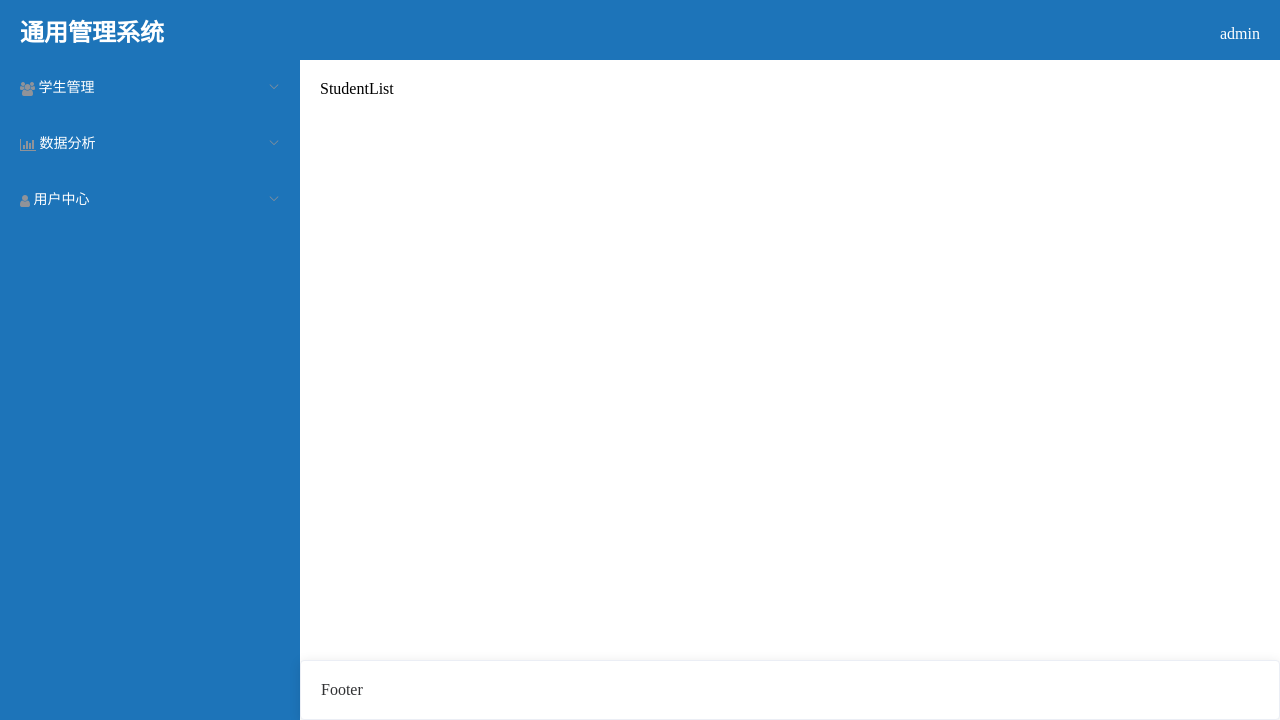
Repository: LdoIt/backstage-management-system
Page: /#/home (app in backstage-management-system/)
The author's editor kept a copy of each file at every save. The page is drawn from the files as they stood at one save, then again after the next save.
The browser window is 1280 px wide. The pictures show the whole page.
The project was rebuilt for these pictures with package versions that can differ from the ones it lists, and the page was loaded fresh each time. Also part of the build but not shown: backstage-management-system/vue.config.js.

Above is the page before, as saved 2023-04-16 09:51:26.

After the next save:
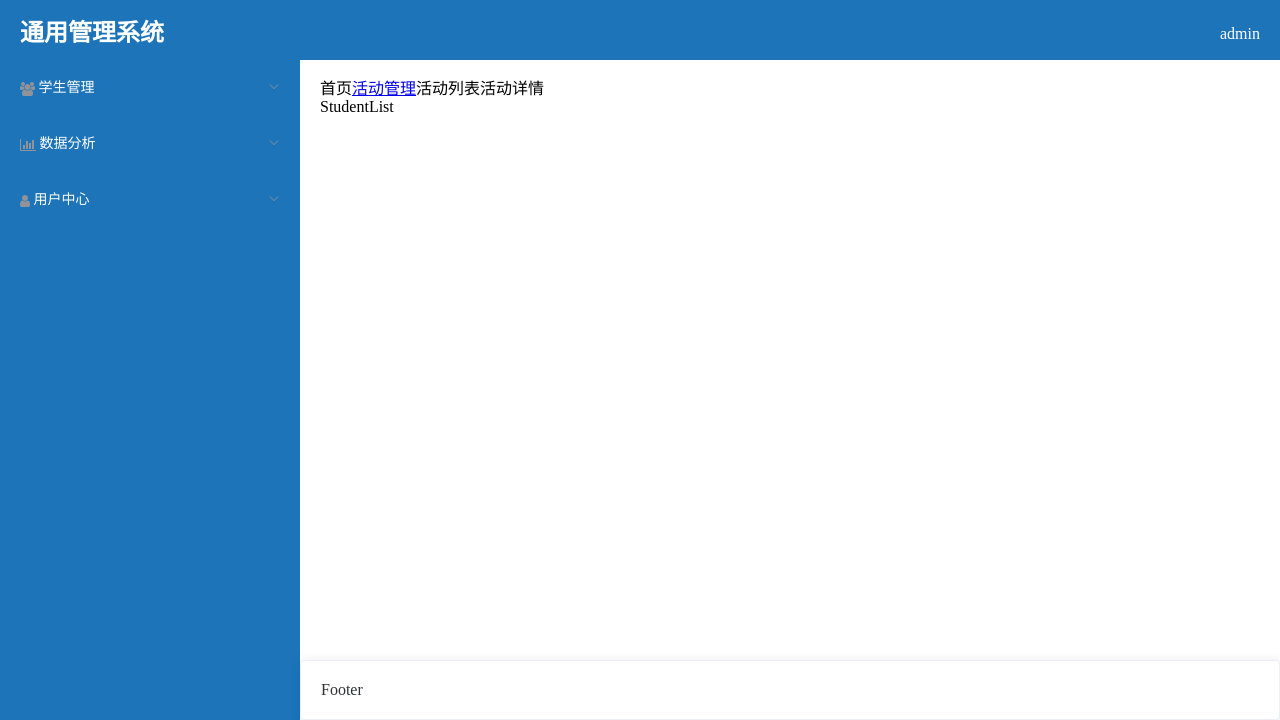
Saved 31 s later.
--- a/backstage-management-system/src/pages/Home.vue
+++ b/backstage-management-system/src/pages/Home.vue
@@ -4,16 +4,23 @@
 <template>
   <div class="homeContainer">
     <el-container>
-      <el-header><Header/></el-header>
+      <el-header><Header /></el-header>
       <el-container>
-        <el-aside><Menu/></el-aside>
+        <el-aside><Menu /></el-aside>
         <el-container>
           <el-main>
-
+            <el-breadcrumb separator="/">
+              <el-breadcrumb-item :to="{ path: '/home' }">首页</el-breadcrumb-item>
+              <el-breadcrumb-item><a href="/">活动管理</a></el-breadcrumb-item>
+              <el-breadcrumb-item>活动列表</el-breadcrumb-item>
+              <el-breadcrumb-item>活动详情</el-breadcrumb-item>
+            </el-breadcrumb>
             <!-- 这里的页面是根据菜单栏动态切换的 -->
             <router-view></router-view>
           </el-main>
-          <el-footer><el-card><Footer/></el-card></el-footer>
+          <el-footer
+            ><el-card><Footer /></el-card
+          ></el-footer>
         </el-container>
       </el-container>
     </el-container>
@@ -35,19 +42,19 @@ export default {
 </script>
 
 <style lang="scss">
-  .homeContainer {
+.homeContainer {
+  height: 100%;
+  .el-header {
+    background-color: #1d74b9;
+  }
+  .el-aside {
+    background-color: #1d74b9;
+  }
+  .el-container {
     height: 100%;
-    .el-header {
-      background-color: #1d74b9;
-    }
-    .el-aside {
-      background-color: #1d74b9;
-    }
-    .el-container {
-      height: 100%;
-    }
-    .el-footer {
-      padding: 0;
-    }
   }
+  .el-footer {
+    padding: 0;
+  }
+}
 </style>
